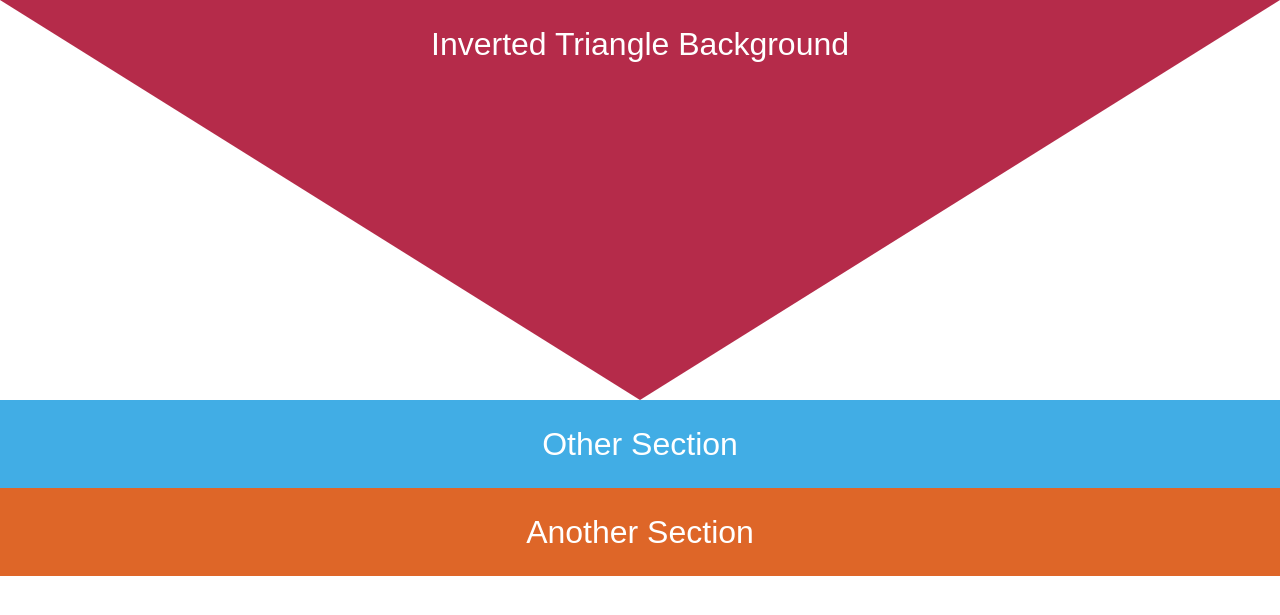
Repository: FrontendProjectsNL/mijn-portfolio-project
Page: /test-skewed-triangle
An editor plug-in stored every save of this project. The page is shown before and after the next save, followed by the edit.
The browser window is 1280 px wide. The pictures show the whole page.
The project was rebuilt for these pictures with package versions that can differ from the ones it lists, and the page was loaded fresh each time. The framework's server and built-in components were replaced by stand-ins that run in the browser. Also part of the build but not shown: next.config.mjs.

Above is the page before, as saved 2024-10-23 00:20:26.

After the next save:
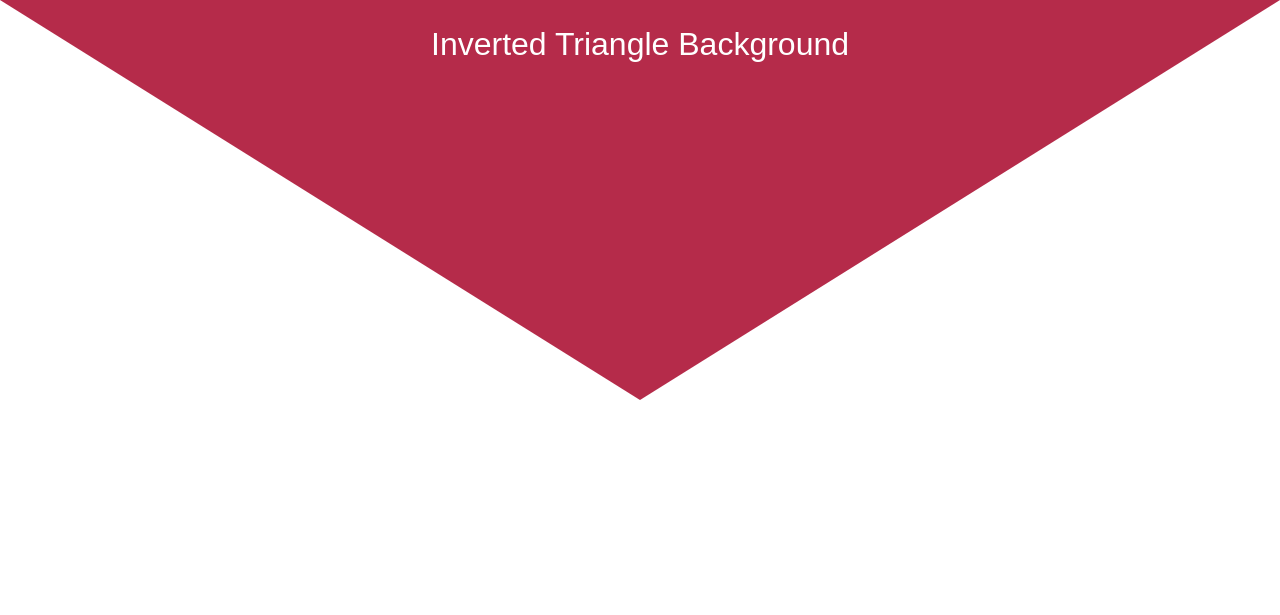
Saved 57 s later.
--- a/app/test-skewed-triangle/skewed-triangle.css
+++ b/app/test-skewed-triangle/skewed-triangle.css
@@ -1,30 +1,13 @@
 .edge--triangle {
   position: relative;
-  z-index: 1;
   background: inherit;
-  clip-path: polygon(
-    50% 100%,
-    0 0,
-    100% 0
-  ); /* Creates the inverted triangle shape */
-  height: 400px; /* Adjust height based on your design */
+  clip-path: polygon(50% 100%, 0 0, 100% 0); /* Inverted triangle */
+  height: 400px; /* Adjust based on how big you want the triangle */
+  width: 100%; /* Ensures it stretches full width */
 }
 
-/* Background Colors */
 .bg-berry {
   background: #b52b4a;
-}
-
-.bg-blue {
-  background: #41ade5;
-}
-
-.bg-orange {
-  background: #de6628;
-}
-
-.bg-green {
-  background: #5e9b42;
 }
 
 .block {
@@ -38,9 +21,3 @@ h1 {
   font-size: 32px;
   font-weight: 500;
 }
-
-p {
-  font-size: 14px;
-  font-weight: 300;
-  margin-top: 0.5em;
-}
